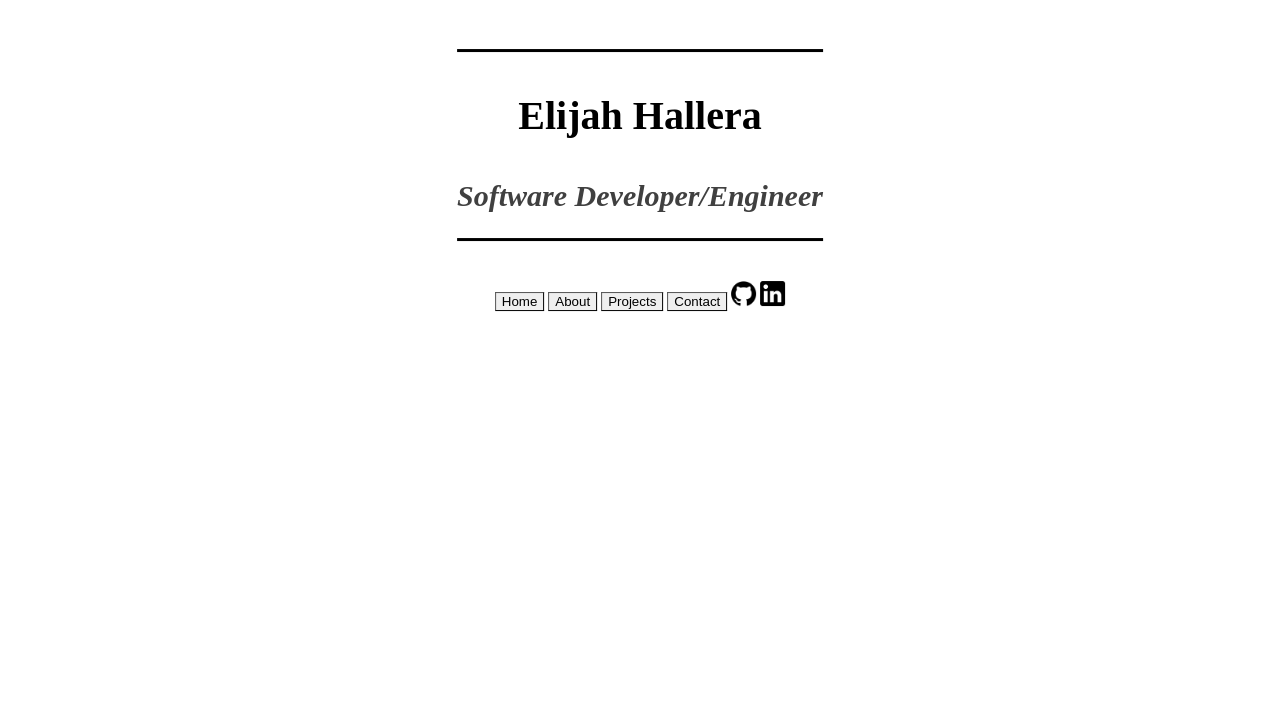
Repository: ElijahHallera/ElijahHallera.github.io
Page: http://localhost/
The author's editor kept a record of every edit. The page is drawn from the files as they stood at one moment, then again after the next edit.
The browser window is 1280 px wide. The pictures show the whole page.
The page is served by the project's Node server (index.js).

Above is the page before.

After the next edit:
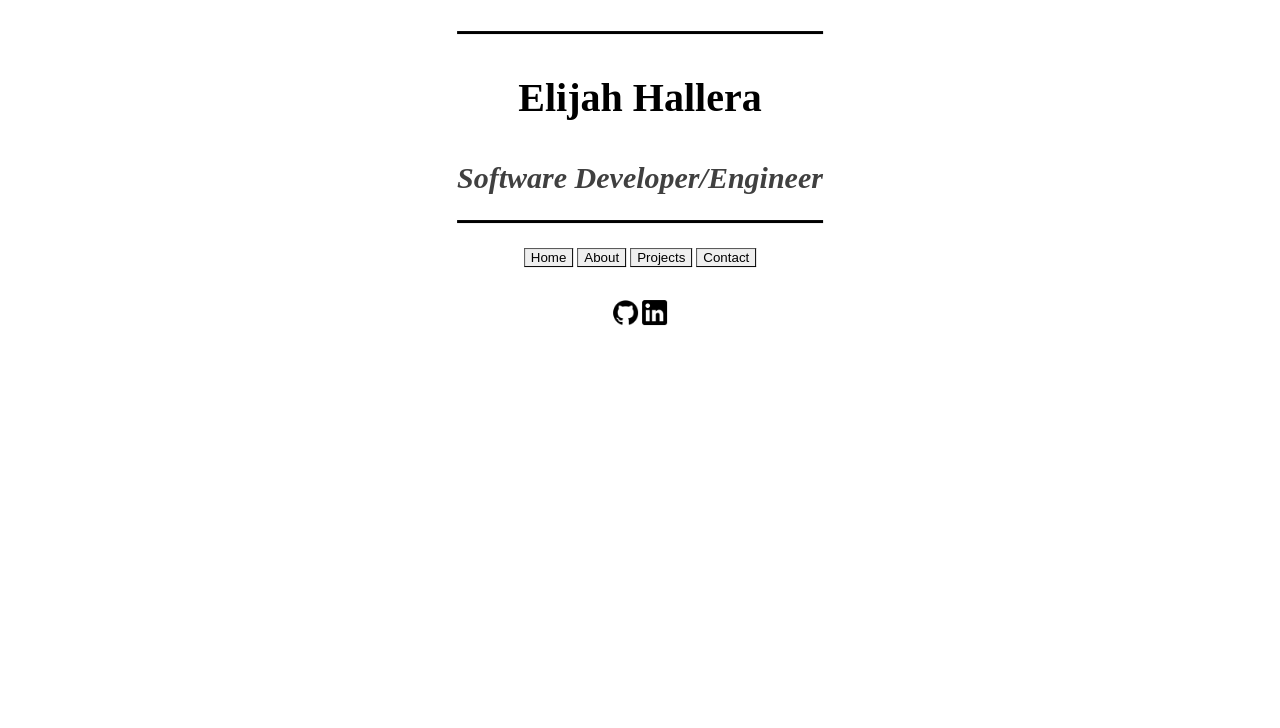
The edit:
--- a/views/Homepage.ejs
+++ b/views/Homepage.ejs
@@ -13,9 +13,10 @@
 			<a href= "/about"> <button class="button btn btn-default"> About </button></a>
 			<a href= "/projects"> <button class="button btn btn-default"> Projects </button></a>
 			<a href= "/contact"><button class="button btn btn-default"> Contact </button></a>
-
-			<a class="centered2"> <img href="https://github.com/ElijahHallera" class="gitIcon" src="images/git2.png">
-			<img  href="https://www.linkedin.com/in/elijah-hallera-892278199/" class="linkedIcon" src="images/LinkedInLogo.png"></a>
+			</br>
+			</br>
+			<a> <img href="https://github.com/ElijahHallera" class="gitIcon" src="images/git2.png">
+			<img href="https://www.linkedin.com/in/elijah-hallera-892278199/" class="linkedIcon" src="images/LinkedInLogo.png"></a>
 		</nav>
 	</div>
 
